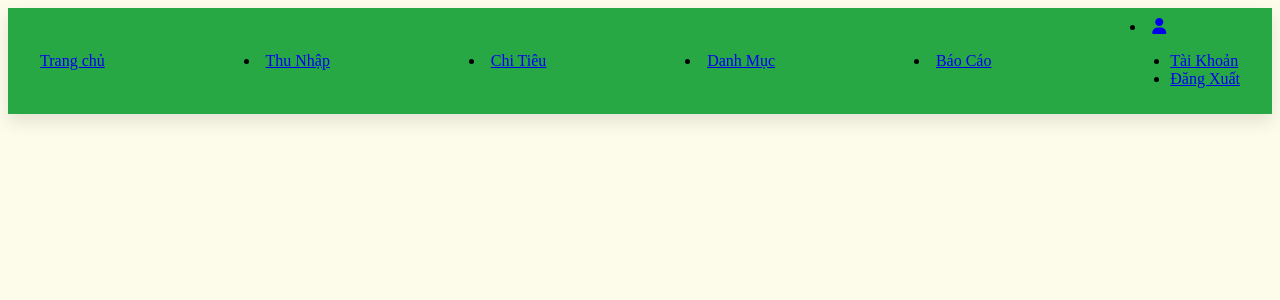
Repository: Dien973/expense_manager
Page: http://localhost/expense_manager/user_page/home.php
An editor plug-in stored every save of this project. The page is shown before and after the next save, followed by the edit.
The browser window is 1280 px wide. The pictures show the whole page.
The page is run by PHP 8.4 with error messages shown; the project is at /var/www/html/.

Above is the page before, as saved 2025-12-05 18:45:26.

After the next save:
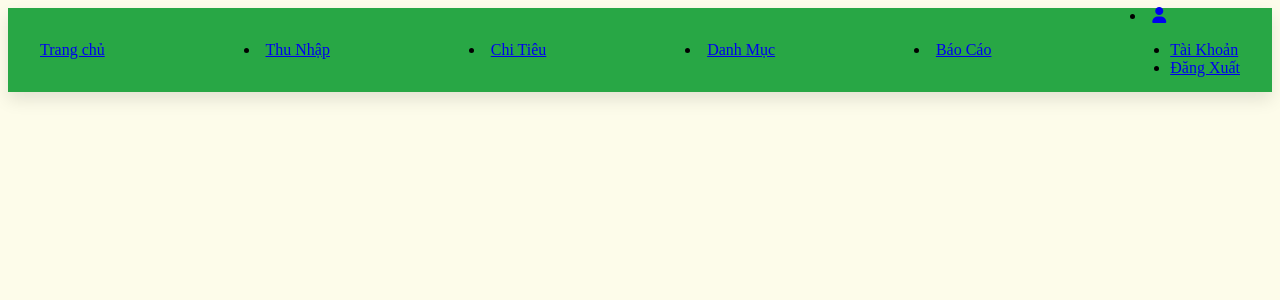
Saved 8 s later.
--- a/css/header.css
+++ b/css/header.css
@@ -16,7 +16,7 @@
   padding: 1.5rem 2rem;
   max-width: 1400px;
   position: relative;
-  max-height: 8vh;
+  max-height: 5vh;
 }
 /*
 .header .flex .logo {
